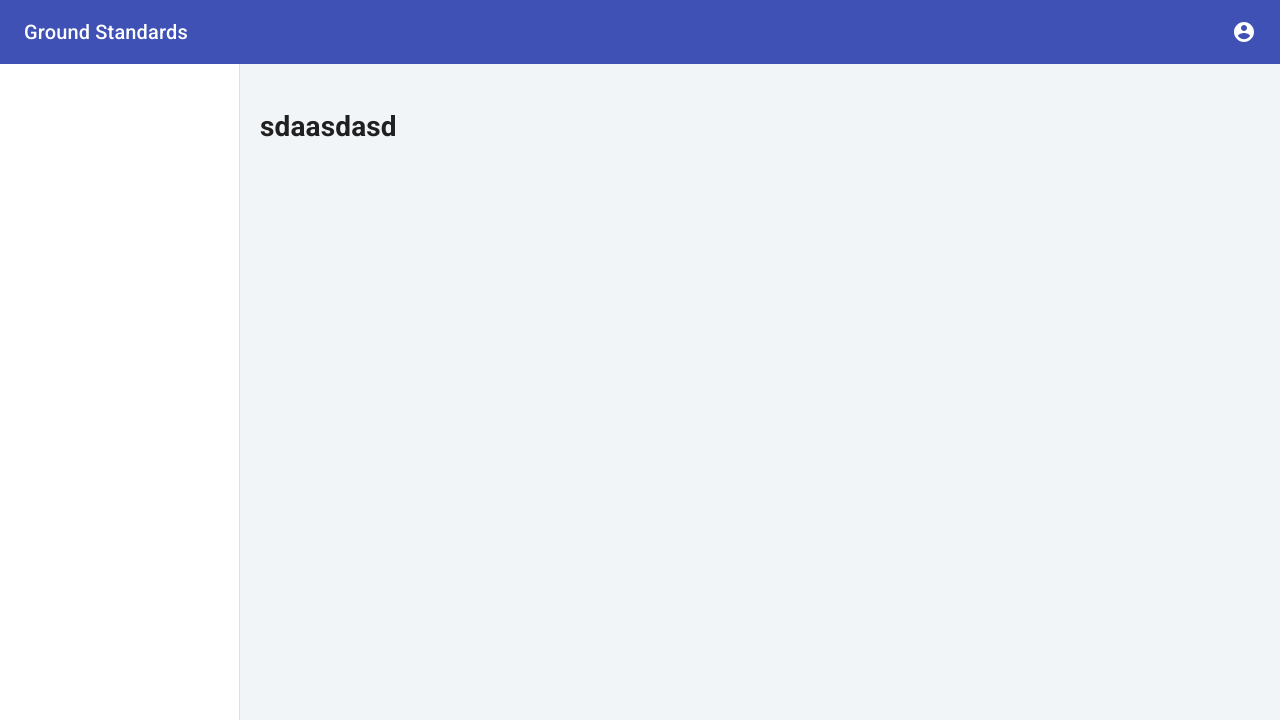
Repository: vinuvish/groundstandards_react
Page: /
These files come from the project's save history. The page is drawn as it stood at one moment and after a run of saves; the edit follows.
The browser window is 1280 px wide. The pictures show the whole page.
The page's requests for data from a server got no answer. The project was rebuilt for these pictures with package versions that can differ from the ones it lists, and the page was loaded fresh each time. No one was signed in, and anything a server would have sent is missing. Also part of the build but not shown: src/pages/app/NotFoundPage.tsx, src/pages/app/SignUpPage.tsx, src/pages/app/AboutPage.tsx, src/pages/app/OurSolutionPage.tsx, src/pages/app/OurPartnerPage.tsx, src/pages/app/ResourcePage.tsx, src/pages/app/PressPage.tsx, src/pages/app/BlockPage.tsx and 1 more.

Above is the page before, as saved 2020-11-25 22:10:16.

After the next 2 saves:
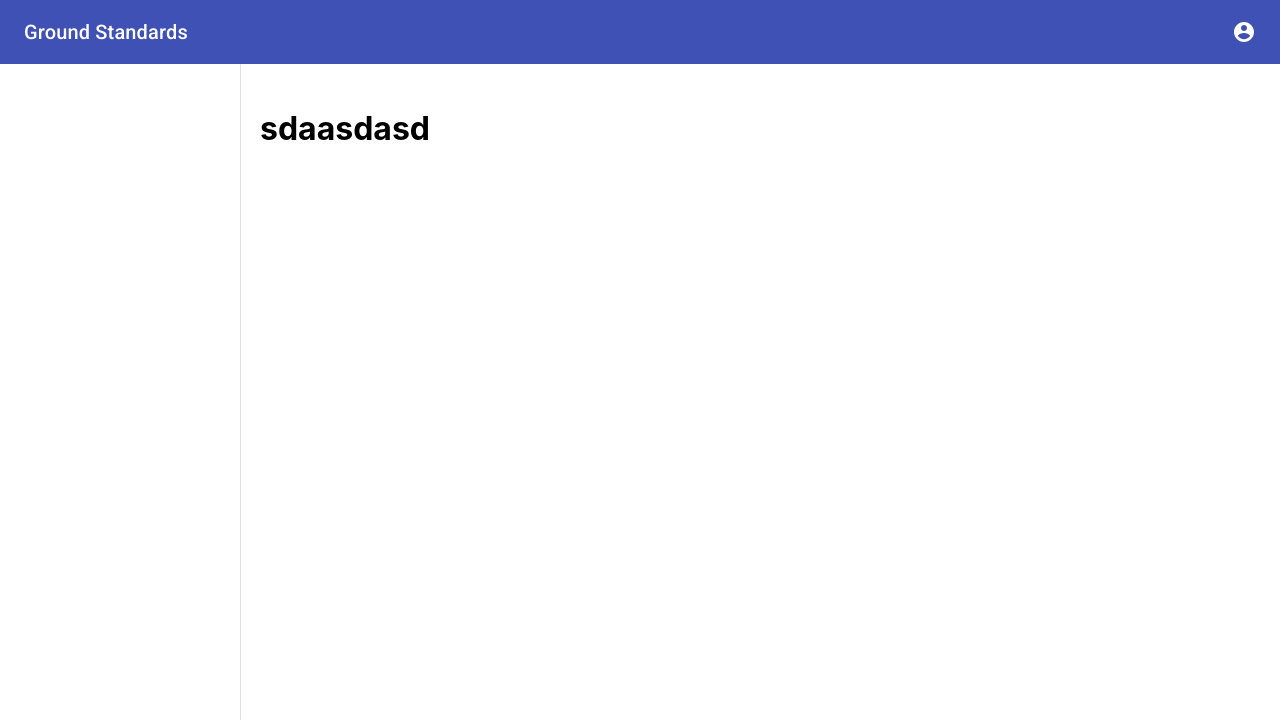
The 2 saves are shown as one change because they came seconds apart.
The last was saved 11 s later.
--- a/src/App.tsx
+++ b/src/App.tsx
@@ -19,14 +19,14 @@
   }, []); // eslint-disable-line
 
   return (
-    // <SnackbarProvider maxSnack={3} anchorOrigin={{ vertical: 'bottom', horizontal: 'right' }}>
-    <MuiThemeProvider theme={theme}>
-      <CssBaseline />
-      <StylesProvider injectFirst>
-        <AppRouterRoutes></AppRouterRoutes>
-      </StylesProvider>
-    </MuiThemeProvider>
-    // </SnackbarProvider>
+    <SnackbarProvider maxSnack={3} anchorOrigin={{ vertical: 'bottom', horizontal: 'right' }}>
+      <MuiThemeProvider theme={theme}>
+        {/* <CssBaseline /> */}
+        <StylesProvider injectFirst>
+          <AppRouterRoutes></AppRouterRoutes>
+        </StylesProvider>
+      </MuiThemeProvider>
+    </SnackbarProvider>
   );
 }
 

After the save that followed:
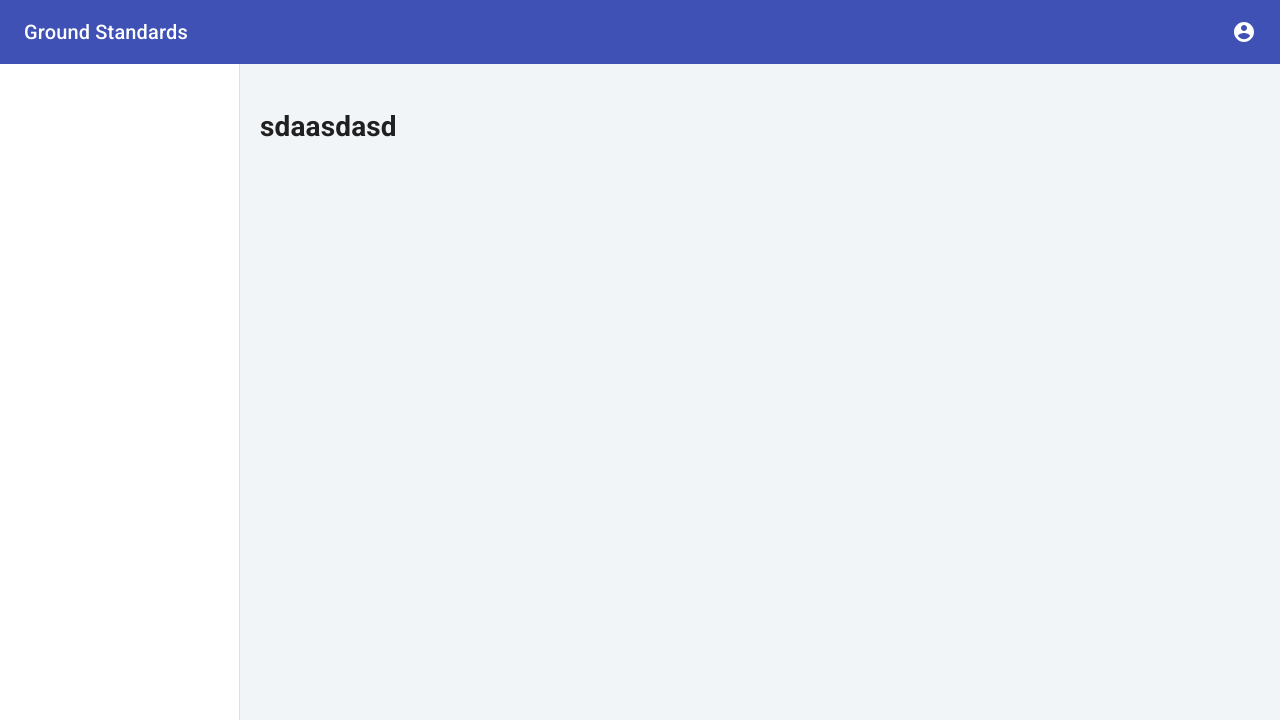
Saved 13 s later.
--- a/src/App.tsx
+++ b/src/App.tsx
@@ -21,10 +21,10 @@
   return (
     <SnackbarProvider maxSnack={3} anchorOrigin={{ vertical: 'bottom', horizontal: 'right' }}>
       <MuiThemeProvider theme={theme}>
-        {/* <CssBaseline /> */}
-        <StylesProvider injectFirst>
-          <AppRouterRoutes></AppRouterRoutes>
-        </StylesProvider>
+        <CssBaseline />
+        {/* <StylesProvider injectFirst> */}
+        <AppRouterRoutes></AppRouterRoutes>
+        {/* </StylesProvider> */}
       </MuiThemeProvider>
     </SnackbarProvider>
   );
